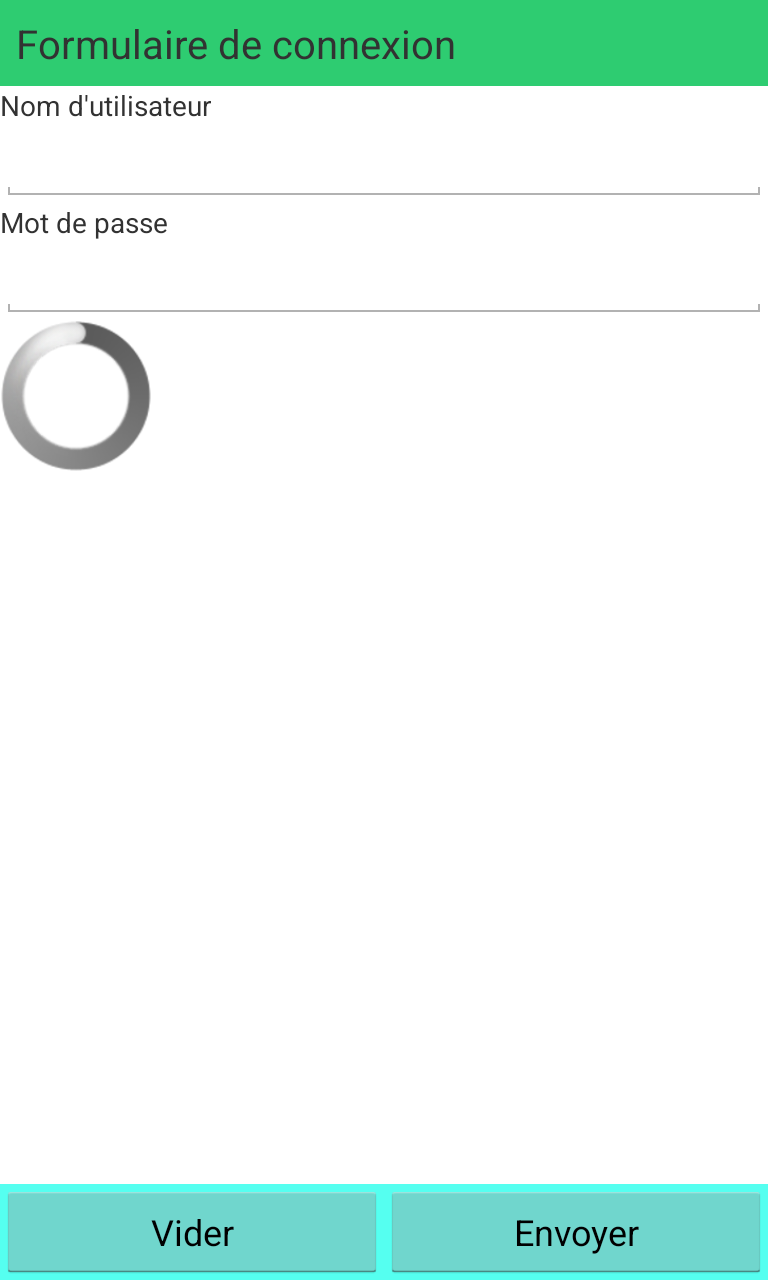
Repository: ablanchard/formation-android
Layout: ParlezVousAndroid/res/layout/activity_main.xml
An editor plug-in stored every save of this project. The layout is shown before and after the next save, followed by the edit.
It is drawn on a 768 x 1280 px phone screen (xhdpi) without system bars, with theme AppTheme; the app's code is not run.

Above is the layout before, as saved 2014-04-29 13:18:00.

After the next save:
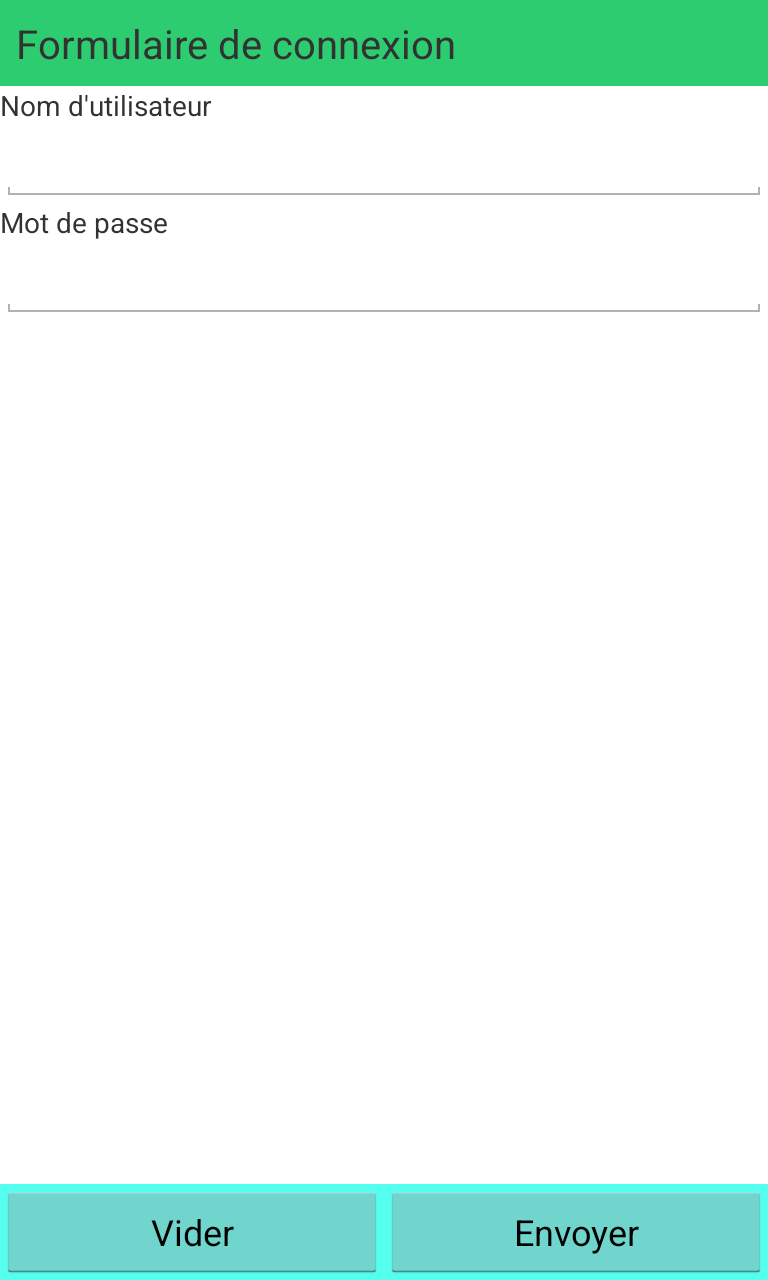
Saved 72 s later.
--- a/ParlezVousAndroid/res/layout/activity_main.xml
+++ b/ParlezVousAndroid/res/layout/activity_main.xml
@@ -69,7 +69,7 @@
          style="@android:style/Widget.ProgressBar.Large"
          android:layout_marginRight="50dp"
          android:id="@+id/progress_bar"
-         android:visibility="visible"
+         android:visibility="gone"
          />
 
         </LinearLayout>
